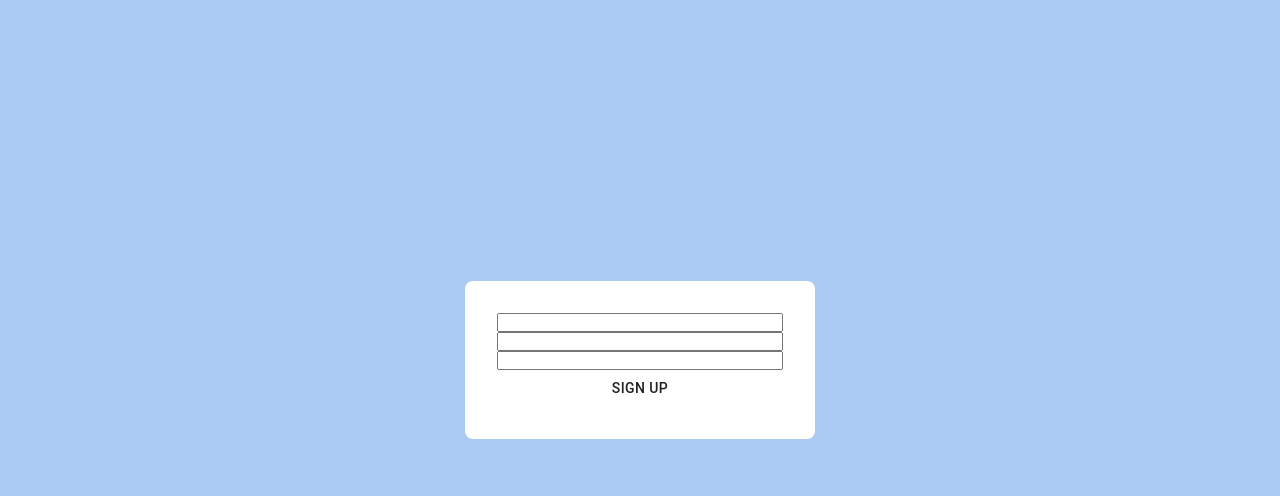
Repository: Ellisvelandia/react_form_jest
Page: /
The author's editor kept a copy of each file at every save. The page is drawn from the files as they stood at one save, then again after a run of saves.
The browser window is 1280 px wide. The pictures show the whole page.
The project was rebuilt for these pictures with package versions that can differ from the ones it lists, and the page was loaded fresh each time.

Above is the page before, as saved 2022-08-17 21:23:26.

### src/index.css
* {
  margin: 0;
  padding: 0;
  box-sizing: border-box;
}

.MaterialForm {
  display: flex;
  flex-direction: column;
  align-items: center;
  justify-content: center;
  width: 100vw;
  height: 100vh;
  background-color: rgba(144, 186, 238, 0.75);
}

.MaterialForm > form {
  display: flex;
  flex-direction: column;
  background-color: white;
  padding: 32px;
  min-width: 350px;
  border-radius: 8px;
  margin: 32px;
}

### src/App.js
import './App.css';
import  MaterialForm from "./component/material-form";

function App() {
  return (
    <div className="App">
     <MaterialForm/>
    </div>
  );
}

export default App;

### src/component/material-form.js
import { Button, Box, TextField } from '@material-ui/core'
import { Field, Form, Formik } from 'formik'
import { object, String } from 'yup'

const MaterialForm = () => {
  return (
    <div className='MaterialForm'>
      <Formik>
        {() => (
          <Form>
            <Field name />
            <Field />
            <Field />
            <Button>Sign up</Button>
          </Form>
        )}
      </Formik>
    </div>
  )
}

export default MaterialForm

Loaded but not shown: public/index.html (common file); src/index.js (common file); src/reportWebVitals.js (common file); src/App.css (no stored copy; drawn as an empty file)

After the next 3 saves:
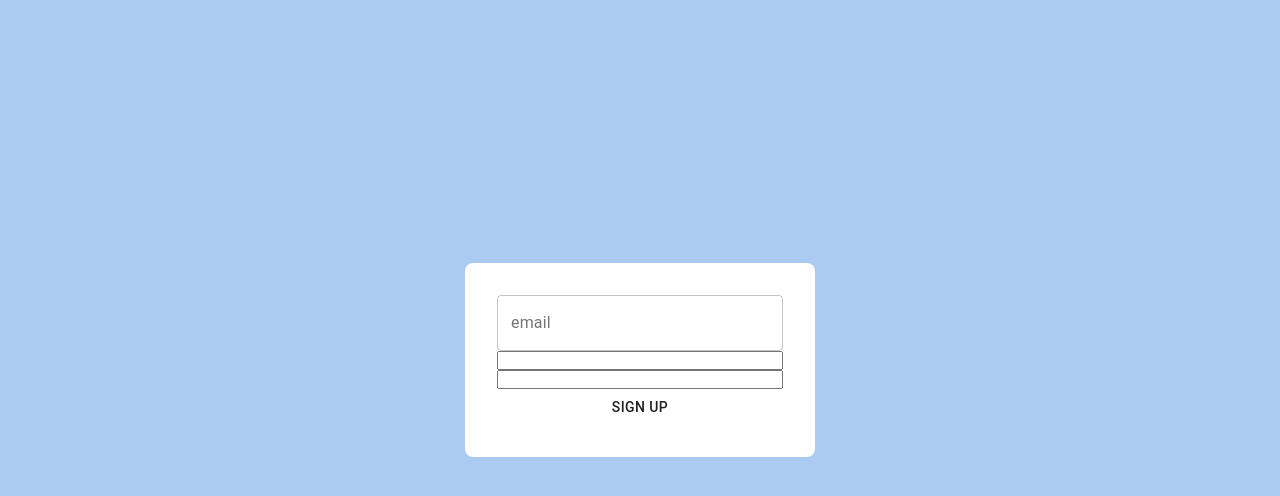
The 3 saves are shown as one change because 2 did not build or start.
The last was saved 100 s later.
--- a/src/component/material-form.js
+++ b/src/component/material-form.js
@@ -8,7 +8,7 @@ const MaterialForm = () => {
       <Formik>
         {() => (
           <Form>
-            <Field name />
+            <Field name="email" type="email" as={TextField} variant="outlined" color="primary" label="email" fullwidth />
             <Field />
             <Field />
             <Button>Sign up</Button>
